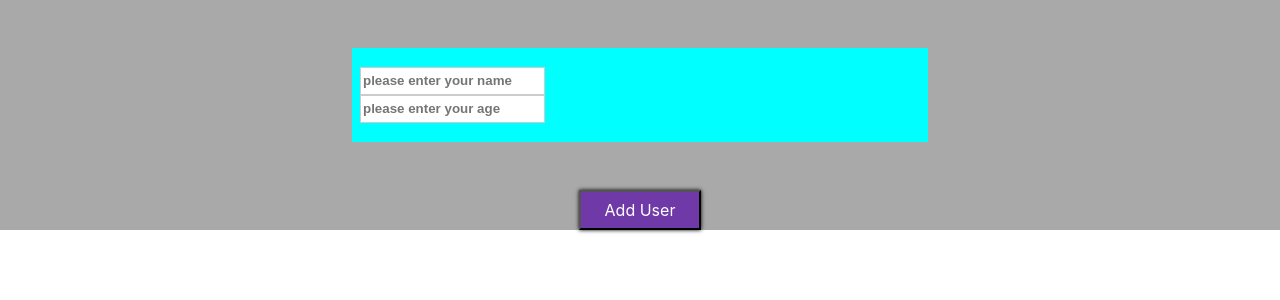
Repository: NamalPathirana/section-eight
Page: /
An editor plug-in stored every save of this project. The page is shown before and after the next save, followed by the edit.
The browser window is 1280 px wide. The pictures show the whole page.
The project was rebuilt for these pictures with package versions that can differ from the ones it lists, and the page was loaded fresh each time.

Above is the page before, as saved 2021-11-25 21:51:20.

After the next save:
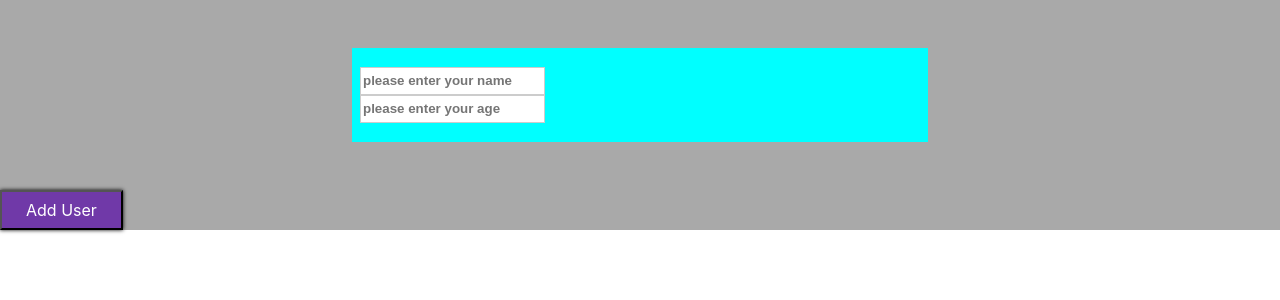
Saved 10 s later.
--- a/src/App.css
+++ b/src/App.css
@@ -1,5 +1,4 @@
 .App {
-  text-align: center;
   display: flex;
   flex-direction: column;
   background-color: darkgrey;
